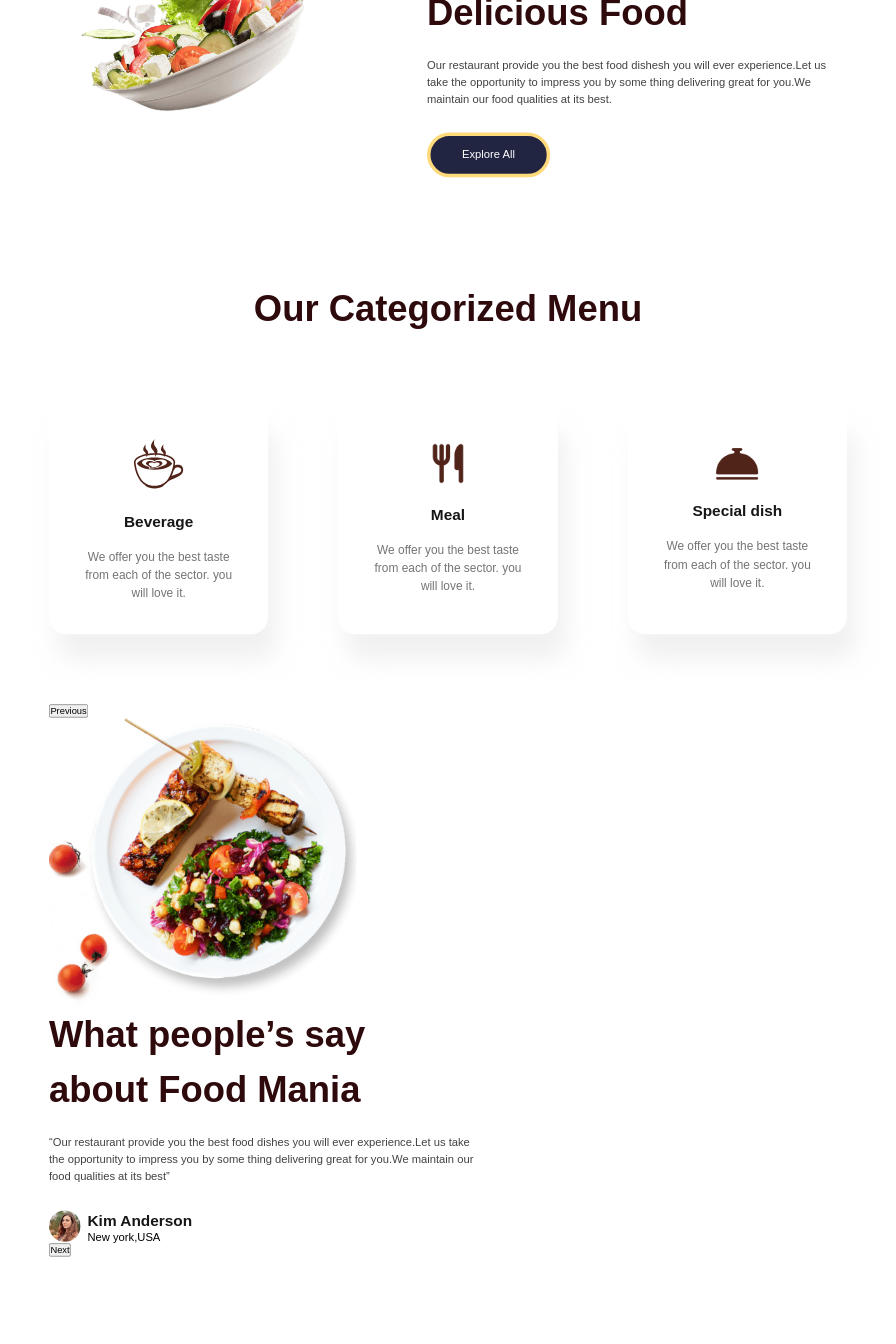
Repository: hoang0508/Figmafood
Page: index.html
The author's editor kept a copy of each file at every save. The page is drawn from the files as they stood at one save, then again after the next save.
The browser window is 1280 px wide. The pictures show the part of the page from y = 983 to 2903 px (the page is 2903 px tall before and 2566 px after), at 70% of full size.
Some web libraries are served in a nearby version. The style sheet was rebuilt from its Sass, Less or Tailwind sources for each picture, by a compiler version that may differ from the author's.

Above is the page before, as saved 2021-11-08 14:27:45.

After the next save:
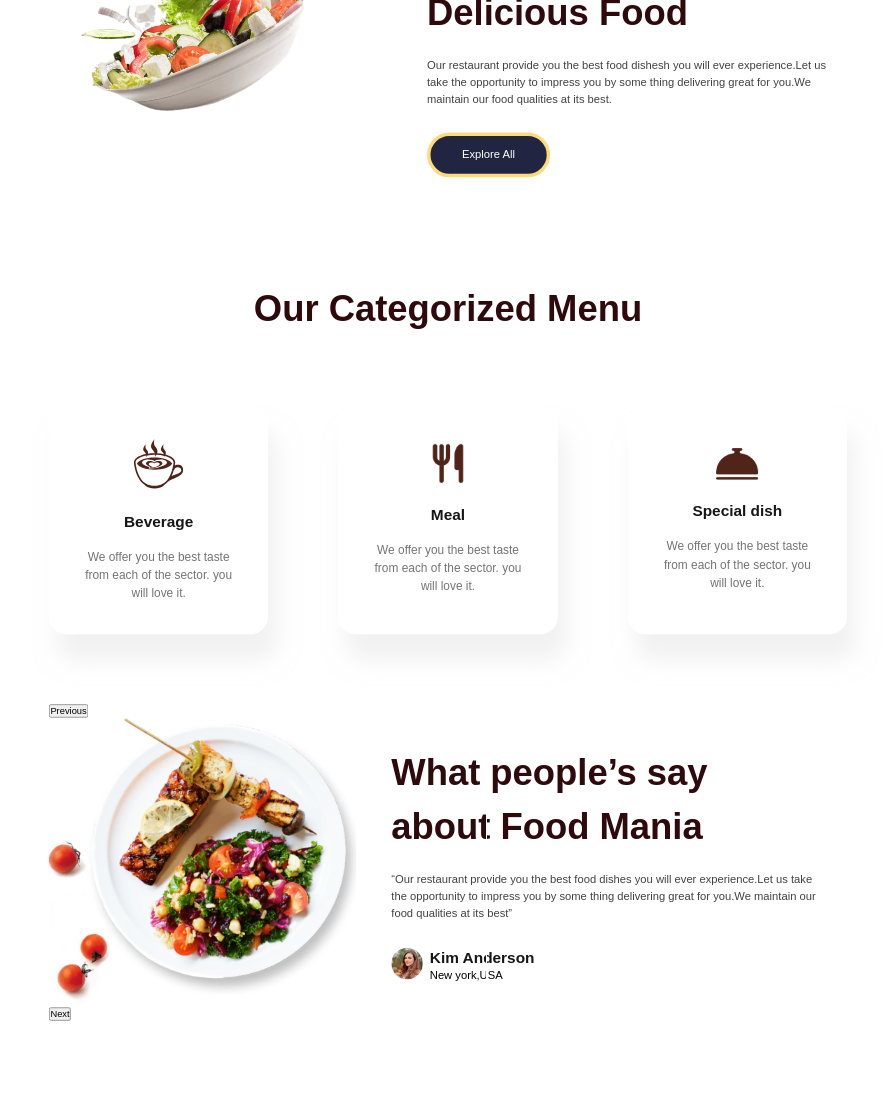
Saved 99 s later.
--- a/sass/_category.scss
+++ b/sass/_category.scss
@@ -21,3 +21,9 @@
     object-fit: cover;
   }
 }
+
+// slick slider
+.slick-initialized .slick-slide {
+  display: flex;
+  align-items: center;
+}
